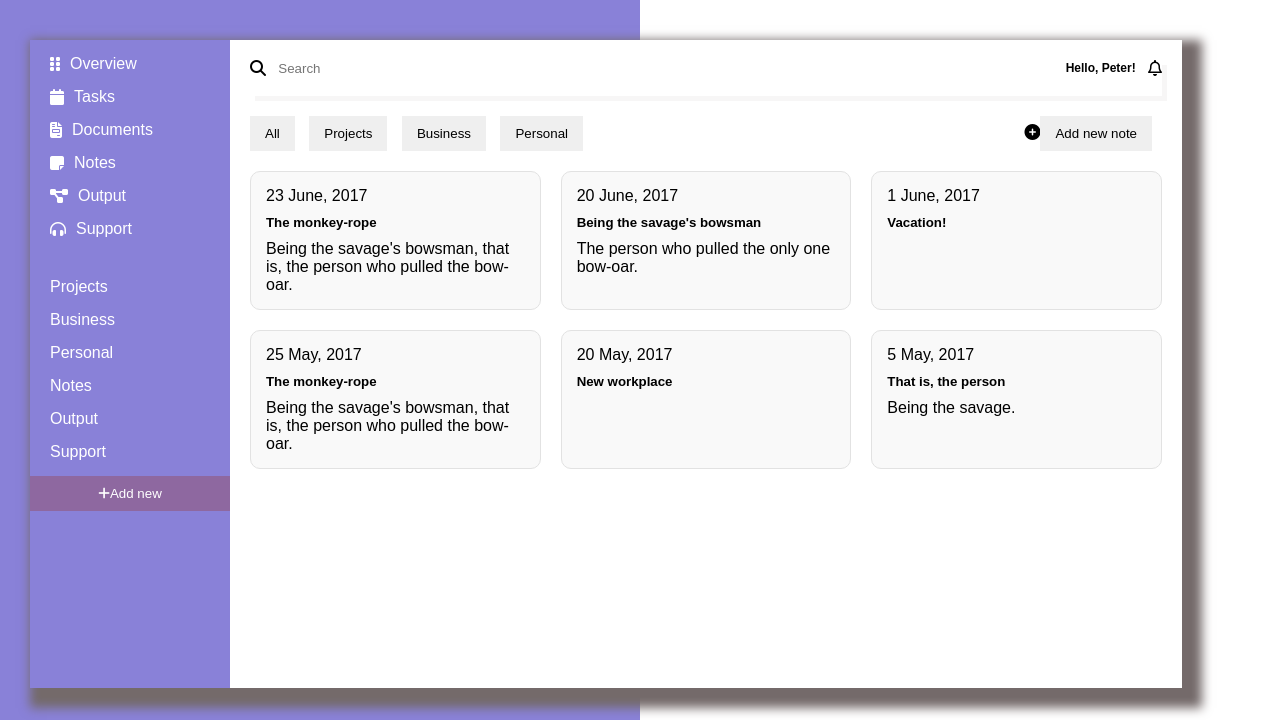
Repository: SatenikGabrielyan/HTML_CSS-_Assignment
Page: index.html
These files come from the project's save history. The page is drawn as it stood at one moment and after the next save; the edit follows.
The browser window is 1280 px wide. The pictures show the whole page.
Some web libraries are served in a nearby version.

Above is the page before, as saved 2025-03-18 00:16:07.

### index.html
<!DOCTYPE html>
<html lang="en">
  <head>
    <meta charset="UTF-8" />
    <meta name="viewport" content="width=device-width, initial-scale=1.0" />
    <title>Notes App</title>
    <link rel="stylesheet" href="./style.css" />
    <script src="https://kit.fontawesome.com/858d305f19.js" crossorigin="anonymous"></script>
</head>
  <body>
      <div class="cont">
          <div class="purp"></div>
          <div class="whit"></div>
      </div>
    <div class="container">
      <aside class="sidebar">
        <!-- <header class="circle">
            <i class="fa-regular fa-circle"></i>
        </header> -->
        <nav>
            <ul class="first">
                <li><i class="fa-solid fa-grip-vertical"></i>Overview</li>
                <li> <i class="fa-solid fa-calendar"></i>Tasks</li>
                <li><i class="fa-solid fa-file-invoice"></i>Documents</li>
                <li><i class="fa-solid fa-note-sticky"></i>Notes</li>
                <li><i class="fa-solid fa-diagram-project"></i>Output</li>
                <li><i class="fa-solid fa-headphones-simple"></i>Support</li>
            </ul>
            <ul class="second">
                <li>Projects</li>
                <li>Business</li>
                <li>Personal</li>
                <li>Notes</li>
                <li>Output</li>
                <li>Support</li>
            </ul>
        </nav>
        <button class="add-new"><i class="fa-solid fa-plus"></i>Add new</button>
    </aside>

    <main class="main-content">
       <div class="header">
            <i class="fas fa-search"></i>  <input type="text" placeholder="Search">
            <h3>Hello, Peter!</h3> <i class="fa-regular fa-bell"></i>
    </div>
    <div class="proj">
        <div class="but">
        <div class="tabs">
            <button>All</button>
            <button>Projects</button>
            <button>Business</button>
            <button>Personal</button>
        </div>
        <div >
            <i class="fa-solid fa-circle-plus"></i><button class="add tabs">Add new note</button>
        </div>
    </div>
        <div class="notes-grid">
            <div class="note-card">
                <h4>23 June, 2017</h4>
                <h5>The monkey-rope</h5>
                <p>Being the savage's bowsman, that is, the person who pulled the bow-oar.</p>
            </div>
            <div class="note-card">
                <h4>20 June, 2017</h4>
                <h5>Being the savage's bowsman</h5>
                <p>The person who pulled the only one bow-oar.</p>
            </div>
            <div class="note-card">
                <h4>1 June, 2017</h4>
                <h5>Vacation!</h5>
            </div>
            <div class="note-card">
                <h4>25 May, 2017</h4>
                <h5>The monkey-rope</h5>
                <p>Being the savage's bowsman, that is, the person who pulled the bow-oar.</p>
            </div>
            <div class="note-card">
                <h4>20 May, 2017</h4>
                <h5>New workplace</h5>
            </div>
            <div class="note-card">
                <h4>5 May, 2017</h4>
                <h5>That is, the person</h5>
                <p>Being the savage.</p>
            </div>
        </div>
    </div>
    </main>

    </div>

  </body>
</html>

### style.css
/* CSS Variables for Colors */
:root {
    --bg-color: #fbfbfb;
    --primary-color: #8981d8;
    --secondary-color: #d0d0d0;
    --text-color: #858499;
    --highlight-color: #7f77cc;
    --hover-color: rgba(137, 129, 216, 0.5);
  }


  * {
    margin: 0;
    padding: 0;
    box-sizing: border-box;
  }

  body {
    font-family: Arial, sans-serif;
    /* background-color: var(--bg-color); */
    display: flex;
    height: 100vh;
  }
  .wrapper{
    position: relative;
  }

  .cont{
      display: flex;
      width: 100%;
      position: relative;
      z-index: -1;
      border-radius: 10px;
  }
.purp {
    width: 50%;
    background-color: var(--primary-color);
    flex-direction: row;
}
.whit {
    width: 50%;
    /* background-color: lightgray; */
    flex-direction: row;
}
  .container {
    display: flex;
    width: 90%;
    height: 90%;

    box-shadow: 10px 10px 10px 10px rgb(116, 106, 106);
    margin-left: 30px;
    margin-right: 30px;
    margin-top: 40px;
    margin-bottom: 80px;
    background: center;
    position: absolute;
    z-index: 2;
  }

   .sidebar {
    width: 200px;
    background-color: var(--primary-color);
    color: #fff;
    display: flex;
    flex-direction: column;
    /* padding: 20px; */
  }

  /* .main-content li {
    float: left;
  }

  .main-content li a {
    display: block;
    color: white;
    text-align: center;
    padding: 14px 16px;
    text-decoration: none;
  }

  .main-content li a:hover:not(.active) {
    background-color: #111;
  } */
  /* .first {
    list-style-type: none;
     list-style: none;
} */
.first li {
    margin: 15px 0;
    display: flex;
    align-items: center;
    cursor: pointer;
    padding-left: 20px;
}
  .sidebar-header h2 {
    margin-bottom: 20px;
  }

  .first li i {
    margin-right: 10px;
  }
  .second {
      margin-top: 40px;
  }
 .second li {
    margin: 15px 0;
    display: flex;
    align-items: center;
    cursor: pointer;
    padding-left: 20px;
 }
 .second li::marker {
    color: red;
  }
  .main-content {
    background-color: white;
    /* width: 200px; */
    flex-grow: 1;
    flex: 1;
    /* padding-top: 20px; */
     padding: 20px;
    /* overflow-y: auto;  */
  }

   /* header {
    display: flex;
    justify-content: space-between;
    align-items: center;
    margin-bottom: 20px;
  } */

  /*
  .header-left p {
    font-size: 1.2em;
    color: var(--text-color);
  }

  .header-right {
    display: flex;
    align-items: center;
  }

  .header-right i {
    margin-right: 20px;
    cursor: pointer;
  }

  .add-note-btn {
    background-color: var(--primary-color);
    color: #fff;
    border: none;
    padding: 10px 20px;
    cursor: pointer;
    display: flex;
    align-items: center;
  }

  .add-note-btn i {
    margin-right: 10px;
  }


  .notes-grid {
    display: grid;
    grid-template-columns: repeat(auto-fill, minmax(300px, 1fr));
    gap: 20px;
  }

  .note-item {
    background-color: #fff;
    border-radius: 8px;
    box-shadow: 0 2px 4px rgba(0, 0, 0, 0.1);
    overflow: hidden;
    display: flex;
    flex-direction: column;
    padding: 20px;
  }

  .note-item img {
    width: 100%;
    height: auto;
    border-radius: 8px;
    margin-bottom: 15px;
  }

  .note-item p {
    color: var(--text-color);
    font-size: 1em;
    line-height: 1.5;
  }


  .sidebar-list li:hover {
    background-color: var(--highlight-color);
    transition: background-color 0.3s ease;
  }


  @media (max-width: 768px) {
    .container {
      flex-direction: column;
    }

    .sidebar {
      width: 100%;
      flex-direction: row;
      justify-content: space-around;
      padding: 10px;
    }

    .sidebar-list {
      display: flex;
      flex-direction: row;
      gap: 15px;
    }

    .sidebar-list li {
      margin: 0;
    }

    .main-content {
      padding: 10px;
    }

    header {
      flex-direction: column;
      align-items: flex-start;
    }

    .header-right {
      margin-top: 10px;
    }

    .notes-grid {
      grid-template-columns: 1fr;
    }

    .note-item {
      padding: 10px;
    }

    .note-item img {
      margin-bottom: 10px;
    }
  } */
  /* .sidebar {
    background-color: #5e4b9a;
    color: white;
    width: 300px;
    padding: 20px;
} */

/* .sidebar header {
    font-size: 24px;
}

.sidebar nav ul {
    list-style: none;
    padding: 0;
}

.sidebar nav ul li {
    margin: 15px 0;
} */

.add-new {
    background-color: #8e68a0;
    color: white;
    border: none;
    padding: 10px;
    cursor: pointer;
    border: none;
}

.header {
    display: flex;
    width: 100%;
    justify-content: space-between;
    align-items: center;
    background-color: white;
    box-shadow: 5px  5px rgb(247, 246, 246);
    padding-bottom: 20px;
}

.header input {
    border: none;
    margin: 0;
    width: 85%;
}

.header h3 {
    margin: 0;
    font-size: 12px;
}

.tabs {
    margin: 20px 0;
}

.tabs button {
    margin-right: 10px;
    padding: 10px 15px;
    border: none;
    /* background-color: #e2e2e2; */
    cursor: pointer;
}
.tabs :hover {
    background-color: var(--highlight-color);
    transition: background-color 0.3s ease;
  }

.notes-grid {
    display: grid;
    grid-template-columns: repeat(auto-fill, minmax(240px, 1fr));
    gap: 20px;
}
.but{
    display: flex;
    flex-direction: row;
    justify-content: space-between;
}
.add {
    margin-right: 10px;
    padding: 10px 15px;
    border: none;
    cursor: pointer;
}

.note-card {
    border: 1px solid #e2e2e2;
    border-radius: 10px;
    padding: 15px;
    background-color: #f9f9f9;
}

.note-card h4 {
    margin: 0;
    font-weight: normal;
}

.note-card h5 {
    margin: 10px 0;
}

After the next save:
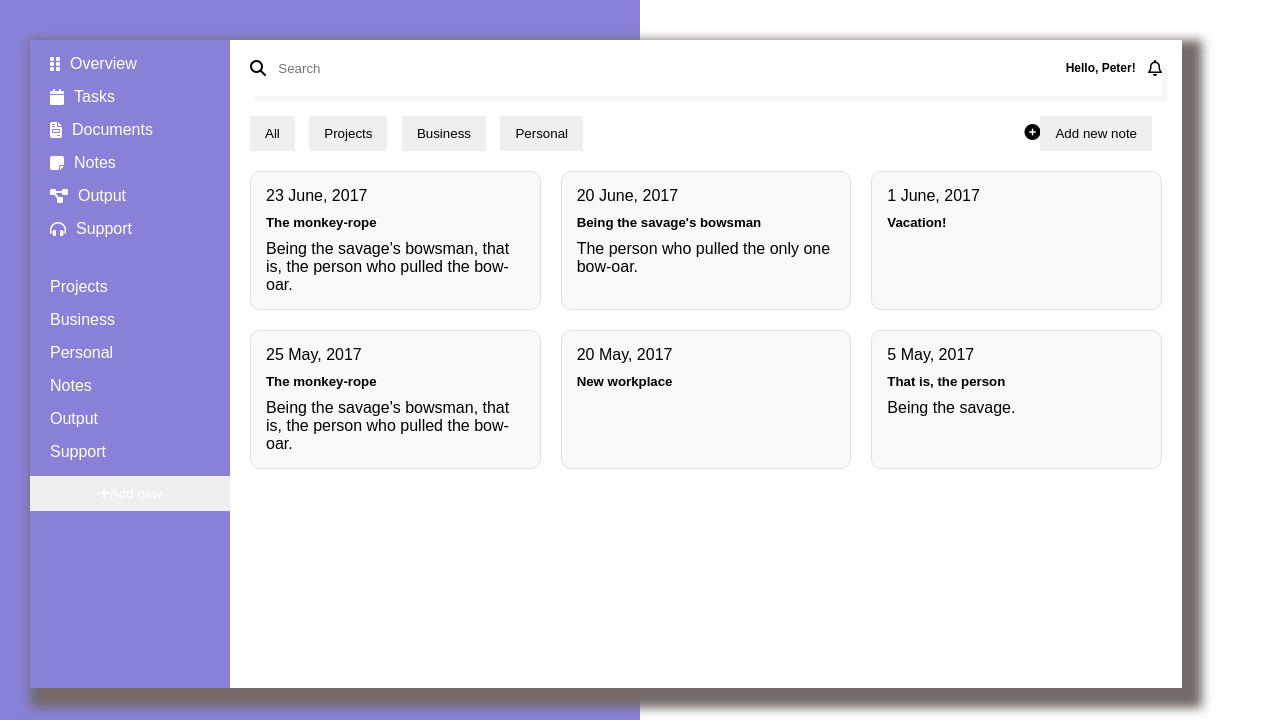
Saved 16 s later.
--- a/style.css
+++ b/style.css
@@ -264,7 +264,7 @@
 } */
 
 .add-new {
-    background-color: #8e68a0;
+
     color: white;
     border: none;
     padding: 10px;
